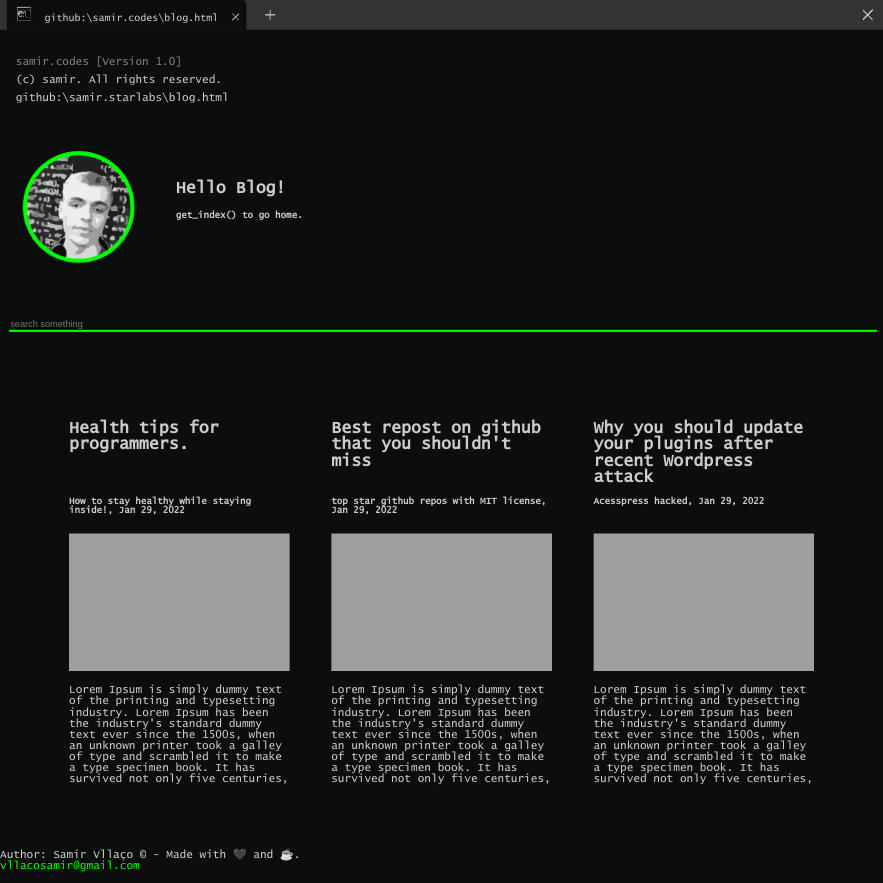
Repository: samiscold/samir.codes
Page: blog.html
The author's editor kept a copy of each file at every save. The page is drawn from the files as they stood at one save, then again after the next save.
The browser window is 1280 px wide. The pictures show the whole page, at 69% of full size.
Pictures or frames that could not be fetched are drawn as grey boxes.

Above is the page before, as saved 2022-04-11 14:31:49.
Console error: TypeError: Cannot read properties of null (reading 'getElementsByClassName')

### blog.html
<!DOCTYPE html>
<html lang="en">

<head>
    <meta charset="UTF-8">
    <meta http-equiv="X-UA-Compatible" content="IE=edge">
    <meta name="viewport" content="width=device-width, initial-scale = 1.0, maximum-scale=1.0, user-scalable=no">
    <link rel="stylesheet" href="resources/style.css">
    <link rel="icon" type="image/x-icon" href="resources/img/pfpdone.png">
    <link rel='stylesheet' href='https://cdnjs.cloudflare.com/ajax/libs/font-awesome/4.7.0/css/font-awesome.min.css'>
    <title>samir.blogs</title>
</head>

<body>

    <header>
        <nav>
            <ul class="abc">
                <li id="listid" class="first-tab">
                    <img class="cmd-icon" id="cmdicon" src="resources/img/cmd.png">
                    <a id="atext">github:\samir.codes\blog.html</a>
                    <img onclick="closeTab()" id="anulojex" class="anuloje-x" src="resources/img/anuloje.svg">
                </li>
            </ul>
            <img onclick="tabSwitch()" id="shto" class="shtoje-x" src="resources/img/anuloje.svg">
        </nav>
        <img onclick="closeFunction()" class="mshele-x" src="resources/img/anuloje.svg">
    </header>

    <main>

        <div class="overlay">
            <div class="commands">
                <p>"get_blog()" go to blog page</p>
                <p>"get_index()" go to homepage</p>
                <p>"get_skills()" go to skills</p>
                <p>"color a" to change the color</p>
                <p>"cls" : to clear</p>
            </div>
        </div>

        <section class="first-section">
            <div class="second-text">
                <p class="helloo">samir.codes [Version 1.0]</p>
                <p class="hello">(c) samir. All rights reserved. </p>
                <p class="hello">github:\samir.starlabs\blog.html</p>
                <div id="aboutme" class="about-me">
                    <div class="img-border">
                        <img class="pfp" src="resources/img/pfpdone.png" alt="">
                    </div>
                    <div class="text-me">
                        <h1> Hello Blog!</h1>
                        <h5>get_index() to go home.</h5>
                    </div>
                </div>
                <div class="skillss">
                    <p>HTML</p>
                    <div class="container">
                        <div class="skills html">100%</div>
                    </div>
                    <p>CSS</p>
                    <div class="container">
                        <div class="skills css">98%</div>
                    </div>
                    <p>JavaScript</p>
                    <div class="container">
                        <div class="skills js">65%</div>
                    </div>
                    <p>PHP</p>
                    <div class="container">
                        <div class="skills php">15%</div>
                    </div>
                </div>

                <div class="print-here">
                <p class="ggg" id="wronginput"></p>
                </div>


                <div class="inputs">
                    <input class="cmd-input" type="text" id="result" placeholder="search something">
                    <input id="click" class="search-input" onclick="myFunction()" value="">
                </div>
            </section>

                <!--blog content-->
                <div class="row">
                    <div class="card">
                        <a  id="first" href="single.html">
                            <h2 id="thepost1">Health tips for programmers.</h2>
                            <h5>How to stay healthy while staying inside!, Jan 29, 2022</h5>
                            <img style="width: 100%; height:200px" src="resources\img\ks-code.jpg" alt="">
                            <p>Lorem Ipsum is simply dummy text of the printing and typesetting industry. Lorem Ipsum
                                has been the industry's standard dummy text ever since the 1500s, when an unknown
                                printer took a galley of type and scrambled it to make a type specimen book. It has
                                survived not only five centuries,</p>
                    </div>
                    </a>
                    <div class="card">
                        <a id="second"href="single.html">
                            <h2 id="thepost2">Best repost on github that you shouldn't miss</h2>
                            <h5>top star github repos with MIT license, Jan 29, 2022</h5>
                            <img style="width: 100%; height:200px" src="resources\img\ks-code.jpg" alt="">
                            <p>Lorem Ipsum is simply dummy text of the printing and typesetting industry. Lorem Ipsum
                                has been the industry's standard dummy text ever since the 1500s, when an unknown
                                printer took a galley of type and scrambled it to make a type specimen book. It has
                                survived not only five centuries,</p>
                    </div>
                    </a>
                    <div class="card">
                        <a  id="third"  href="single.html">
                            <h2 id="thepost3">Why you should update your plugins after recent Wordpress attack</h2>
                            <h5>Acesspress hacked, Jan 29, 2022</h5>
                            <img style="width: 100%; height:200px" src="resources\img\ks-code.jpg" alt="">
                            <p>Lorem Ipsum is simply dummy text of the printing and typesetting industry. Lorem Ipsum
                                has been the industry's standard dummy text ever since the 1500s, when an unknown
                                printer took a galley of type and scrambled it to make a type specimen book. It has
                                survived not only five centuries,</p>
                    </div>
                    </a>
                </div>
            </div>

        </section>

    </main>

    <footer>
        <p>Author: Samir Vllaço © - Made with 🖤 and ☕. <br>
            <a href="mailto:hege@example.com">vllacosamir@gmail.com</a>
        </p>
        <div class="go-to-top"></div>
    </footer>



    <script src="https://cdn.jsdelivr.net/npm/particles.js@2.0.0/particles.js" integrity="sha256-icjghcPaibMf1jv4gQIGi5MeWNHem2SispcorCiCfSg=" crossorigin="anonymous"></script>
    <script src="resources/js/script.js"></script>

</body>

</html>

### resources/style.css
@font-face {
	font-family: 'lucida';
	src: local('Lucida Console'), local('LucidaConsole'), url('/resources/font/LucidaConsole.woff2') format('woff2'), url('/resources/font/LucidaConsole.svg') format('svg');
	font-weight: normal;
	font-style: normal;
	font-display: swap;
}

html {
	scroll-behavior: smooth;
}

body {
	background: #0C0D0D;
	color: #CCCCCB;
	font-family: 'lucida', sans-serif;
	margin: 0;
	padding: 0;

}

header {
	background-color: #333333;
	display: flex;
	justify-content: space-between;
	margin: 0;
	margin: 0;
	padding-right: 15px;
}

nav {
	bottom: 0;
	display: flex;
	align-self: end;
}

#particles-js {
	display: inline;
	height: 100vh;
	position: absolute;
	z-index: -99999;
  }

/* nav icons */

.shtoje-x {
	display: inline-block;
	width: 11px;
	transform: rotate(45deg);
	margin: 0 24px;
	cursor: pointer;
}

.anuloje-x {
	width: 11px;
	height: 11px;
	margin-left: 10px;
	cursor: pointer;
}

.mshele-x {
	width: 15px;
	cursor: pointer;
}

#listid {
	display: block;
}


/* #wronginput::inputi {
  color: red;
} */

#wronginput span {
	display: inline;
	opacity: 0.6;
}

#wronginput {
	color: #CCCCCB;
}

#secondtab {
	display: none;
}

ul {
	margin: 0;
	padding: 0;
	margin-right: 5px;
	height: auto;
	display: flex;
	flex-direction: row;
	align-self: center;
	margin-left: 10px;
	list-style-type: none;
}

li {
	background: #0C0D0D;
	border-top-right-radius: 6px;
	padding-right: 12px;
	padding-left: 0px;
	width: auto;
	padding: 10px;
	display: flex;
	align-items: center;
}

#element {
	width: 100%;
	height: 45px;
	margin: 0;
	padding: 0;
	display: none;
	transition-timing-function: ease;
	transition-timing-function: cubic-bezier(0.25, 0.1, 0.25, 1);
}

li:focus-within {
	border: thin solid red;
}

li:active {
	color: black;
	background: lime;
}

li:active .anuloje-x {
	filter: invert(0%) sepia(91%) saturate(7470%) hue-rotate(355deg) brightness(0%) contrast(95%);
}

.active {
	border: 1px solid lime;
}

ul li a {
	cursor: default;
	font-size: 0.9rem
}

.cmd-icon {
	width: 20px;
	height: 20px;
	padding-left: 5px;
	padding-right: 10px;
}

article {
	display: block;
}

.cmd-icon2 {
	float: left;
	width: 20px;
	padding-left: 5px;
	padding-right: 10px;
}


/*first section*/

.first-section {
	margin: 3% 1%;
	margin-bottom:0;

}

input {
	background: transparent;
	border: none;
	color: #CCCCCB;
	margin: 10px 0;
	clear: both;
}

.inputs {
	/* display: flex;
	justify-content: center;
	flex-direction: column;
	align-items: center; */
	clear: both;
}

.cmd-input {
	width: 100%;
	clear: both;
}

.search-input {
	text-align: center;
}

input:focus,
textarea:focus {
	outline: none;
}

.pfp {
	width: 200px;
	margin: 30px 0;
}

.second-section {}

.third-section {}

.fourth-section {}

.question {
	width: 50px;
	height: 50px;
	display: block;
	float: right;
	border-radius: 100%;
	text-align: center;
	line-height: 50px;
	bottom: 22px;
	right: 32px;
	color: #CCCCCB;
	border: 2px solid #CCCCCB;
}

.hello,
.helloo {
	color: #CCCCCB;
	font-family: 'lucida', sans-serif;
	font-size: 1rem;
	margin: 10px 0 0 10px;
	white-space: nowrap;
	overflow: hidden;
	width: 50em;
	animation: type 1s steps(60, end);
}

p {
	width: 100%;
}

.hello:nth-child(2) {
	animation: type2 2s steps(60, end);
}

.hello:nth-child(3) {
	animation: type2 3s steps(60, end);
}

.hello:nth-child(4) {
	animation: type2 4s steps(60, end);
}

p a {
	color: lime;
	text-decoration: none;
}

.helloo {
	color:#808080;
}

.about-me {
	display: flex;
	align-items: center;
	margin: 50px 0;
	animation: up 500ms;
}

.text-me {
	margin: 40px;
	opacity: 0;
	animation: left 500ms 1s;
	animation-fill-mode: forwards;
	width: 65%;
}

.about-me a {
	color: lime;
	padding: 0 10px;
}

.about-me i {
	text-decoration: none;
	color: lime;
	padding: 0 10px;
}

span {
	display: block;
	margin: 20px 0;
}

.pfp {
	width: 150px;
	height: 150px;
	filter: grayscale(1);
	border-radius: 100px;
	display: inline;
	margin: 0;
	padding: 0;
	z-index: 9999;
}

.contact {
	align-items: center;
}

h1 {
	margin: 0;
}

.img-border {
	width: 160px;
	height: 160px;
	background: lime;
	border-radius: 100%;
	display: flex;
	justify-content: center;
	align-items: center;
	z-index: 9999;
	margin:20px;
	padding:1px;
}

.card h2 {
	height: 90px;
}

.img-border:hover {
	background-image: linear-gradient(to bottom right, lime, #CCCCCB);
	background-size: 200% auto;
	animation: shine 1s linear forwards;
}

.container {
	width: 100%;
}

.skills {
	text-align: right;
	/* Right-align text */
	padding-top: 10px;
	/* Add top padding */
	padding-bottom: 10px;
	/* Add bottom padding */
	color: white;
	/* White text color */
	clear: both;
}

.html {
	width: 100%;
	background-color: #04AA6D;
}


/* Green */

.css {
	width: 98%;
	background-color: #2196F3;
}


/* Blue */

.js {
	width: 65%;
	background-color: #f44336;
}


/* Red */

.php {
	width: 15%;
	background-color: #808080;
}


/* Dark Grey */

.img-border:hover::after {
	content: 'sup?';
	font-size: 20px;
	background: black;
	position: absolute;
	z-index: 99999999999;
}

.cmd-input {
	border-bottom: 3px solid lime;
}

.skillss {
	display: none;
}

@keyframes shine {
	to {
		background-position: 300% center;
	}
}

@keyframes type {
	from {
		width: 0;
	}
}

@keyframes type2 {
	0% {
		width: 0;
	}
	50% {
		width: 0;
	}
	100% {
		width: 100;
	}
}

@keyframes blink {
	0% {
		opacity: 0;
	}
	50% {
		opacity: 0;
	}
	100% {
		width: 100;
	}
}


/*second animation */

@keyframes type {
	from {
		width: 0;
	}
}

@keyframes up {
	from {
		opacity: 0;
		transform: translateY(-200px);
	}
}

@keyframes left {
	from {
		opacity: 0;
		transform: translateX(-200px);
	}
	to {
		opacity: 1;
	}
}

body.loaded {
	opacity: 1;
	transition: 1s opacity;
}


/* Default banner */

.banner {
	position: relative;
	width: 100%;
	height: 40rem;
	padding: 0 5%;
	overflow: hidden;
	backface-visibility: hidden;
}


/* Default image container */

.banner .background {
	width: 100%;
	height: 100%;
	position: absolute;
	left: 0;
	top: 0;
	z-index: -1;
	transform: translate3d(0, 0, 0) scale(1.25);
	background: black url(https://images.unsplash.com/photo-1531971085967-431db1ec65a2?ixlib=rb-0.3.5&ixid=eyJhcHBfaWQiOjEyMDd9&s=212d5ac2d6b763d2f2168d4f0a85b36c&auto=format&fit=crop&w=2250&q=80) no-repeat center center;
	background-size: cover;
}


/* Loaded image container */

.loaded .banner .background {
	transform: scale(1);
	transition: 6.5s transform;
}


/* Other stuff */

.banner h1 {
	color: #EEE;
	margin: 0;
	line-height: 40rem;
	text-transform: uppercase;
	text-shadow: 0 0 .3rem black;
}

.row {
	display: flex;
	flex-direction: row;
	justify-content: center;
	align-items: center;
}

.commands {
	background-color: black;
	border: 2px solid lime;
	padding: 20px;
	height: 200px;
	position: relative;
	top: calc(50% - 200px);
}

.overlay {
	position: fixed;
	width: 100%;
	height: 100vh;
	background: #000000d4;
	top: 0%;
	z-index: 9999999999999999999999999999;
	display: flex;
	justify-content: center;
	align-items: center;
	display: none;
}

.row a {
	color: #CCCCCB;
	text-decoration: none;
}

.card {
	width: 25%;
	margin: 60px 30px;
}

.card h5 {
	height: 30px;
	;
}

.footer-info{
	display: flex;
	justify-content: center;
	align-items: center;
	text-align: center;
	margin: 0% 1%;
	flex-direction: column;
	height: 100vh;
}

.go-to-top {
	width: 20px;
	height: auto;
}

@media only screen and (max-width: 768px) {
	html {
		overflow-x: hidden;
	}
	header {
		overflow: hidden;
	}
	nav {
		align-self: unset;
	}
	/* .mshele-x {
    display:none;
} */
	ul {
		display: flex;
		align-self: end;
	}
	li {
		width: 80%;
		line-height: normal;
	}
	.hello:nth-child(4) {
		display: none;
	}
	.cmd-icon {
		display: none;
	}
	.shtoje-x {
		display: none;
	}
	.about-me {
		flex-direction: column;
		align-items: initial;
		width: auto;
	}
	.pfp {
		width: 85px;
		height: 85px;
	}
	.img-border {
		width: 90px;
		height: 90px;
		margin: 40px;
	}
	.card {
		width: 80%;
	}
	.row {
		display: inline-flex;
		flex-direction: column;
	}
	.question {
		display: none;
	}

	footer {
		height: 50vh;
	}

	footer p {
		font-size: 0.9rem;
	}
	/* .hello,
.helloo {
  color: #CCCCCB;
  font-family: 'Lucida Sans';
  font-size: 1rem;
  margin: 10px 0 0 10px;
  white-space: nowrap;
  overflow: hidden;
  width: 50em;
  animation: type 1s steps(60, end);

} */
}

### resources/js/script.js

particlesJS('particles-js',

{
	"particles": {
	  "number": {
		"value": 40,
		"density": {
		  "enable": true,
		  "value_area": 1736.2070190114673
		}
	  },
	  "color": {
		"value": "#00ff5a"
	  },
	  "shape": {
		"type": "edge",
		"stroke": {
		  "width": 0,
		  "color": "#000000"
		},
		"polygon": {
		  "nb_sides": 5
		},
		"image": {
		  "src": "img/github.svg",
		  "width": 100,
		  "height": 100
		}
	  },
	  "opacity": {
		"value": 1,
		"random": true,
		"anim": {
		  "enable": true,
		  "speed": 1,
		  "opacity_min": 0,
		  "sync": false
		}
	  },
	  "size": {
		"value": 3,
		"random": true,
		"anim": {
		  "enable": false,
		  "speed": 4,
		  "size_min": 0.3,
		  "sync": false
		}
	  },
	  "line_linked": {
		"enable": false,
		"distance": 150,
		"color": "#ffffff",
		"opacity": 0.4,
		"width": 1
	  },
	  "move": {
		"enable": true,
		"speed": 1,
		"direction": "none",
		"random": true,
		"straight": false,
		"out_mode": "out",
		"bounce": false,
		"attract": {
		  "enable": false,
		  "rotateX": 600,
		  "rotateY": 600
		}
	  }
	},
	"interactivity": {
	  "detect_on": "canvas",
	  "events": {
		"onhover": {
		  "enable": true,
		  "mode": "bubble"
		},
		"onclick": {
		  "enable": true,
		  "mode": "remove"
		},
		"resize": true
	  },
	  "modes": {
		"grab": {
		  "distance": 400,
		  "line_linked": {
			"opacity": 1
		  }
		},
		"bubble": {
		  "distance": 250,
		  "size": 0,
		  "duration": 2,
		  "opacity": 0,
		  "speed": 3
		},
		"repulse": {
		  "distance": 400,
		  "duration": 0.4
		},
		"push": {
		  "particles_nb": 4
		},
		"remove": {
		  "particles_nb": 2
		}
	  }
	},
	"retina_detect": true
  }

);

  // smooth



  // track the submit button with enter
document.getElementById("result").addEventListener("keyup", function (event) {
	event.preventDefault();
	if (event.keyCode === 13) {
		document.getElementById("click").click();
	}
});

function random(min, max) {
	return Math.floor(Math.random() * (max - min) + min);
}


function closeFunction() {
	var r = confirm("👨‍💻bye");
	if (r == true) {
		x = window.close();
	}
}

var counter = 0;

function tabSwitch() {

	//append the cmd icon and x icon
	var img = document.createElement("img");
	img.src = "resources/img/anuloje.svg";

	var img2 = document.createElement("img");
	img2.src = "resources/img/cmd.png";

	img.className = 'anuloje-x';

	img.id = "anulojex";
	img.onclick = closeNewTab;

	img2.className = 'cmd-icon2';


	// append the li nav
	var ulLocation = document.getElementsByClassName('abc')[0];
	var whereTab = document.getElementById('listid');

	var addTab = document.createElement('li');
	addTab.className = 'active';


	addTab.innerHTML = "github:\samir.codes\\blank";
	addTab.appendChild(img2);
	ulLocation.appendChild(addTab);
	addTab.appendChild(img);
	addTab.id = "listid";
}




function closeTab(event) {
	event.target.closest('li.tab').remove();
}

function closeTab() {
	var whereTab = document.getElementById('listid');
	var getHeader = document.querySelector('header');
	if (whereTab.style.display == 'block') {
		whereTab.style.display = 'none';
	} else {
		whereTab.style.display = "none";
		getHeader.style.display = "none";
		closeFunction();

	}

}

function closeNewTab() {
	var aktiv = document.getElementsByClassName('active')[0];
	event.target.closest('li').remove();
}

function test() {
	var abc = document.getElementById("wronginput");


	var fixappend = document.getElementsByClassName('print-here')[0];
	var paragraph = document.createElement('p');
	paragraph.id = "wronginput";
	paragraph.className = "ggg"
	fixappend.appendChild(paragraph);

}


function myFunction() {
	let inputi = document.getElementById('result').value;
	console.log(inputi);


	// var c = document.getElementById("wronginput");
	const pjat = document.querySelectorAll('.ggg');


	if (inputi === "color a") {
		for (let i = 0; i < pjat.length; i++) {
			pjat[i].style.color = 'lime';
		}

		return;
	}

	if (inputi === "get_blog()") {
		window.open("blog.html", "_self");
		return;
	}

	if (inputi === "get_index()") {
		window.open("index.html", "_self");
		return;
	}

	if (inputi === "get_skills()") {
		var testtest = document.getElementsByClassName("skillss")[0];
		testtest.style.display = "block";
		return;
	}

	var abc = document.getElementById("wronginput");
	var testtest = document.getElementsByClassName("skillss")[0];
	var fixappend = document.getElementsByClassName('print-here')[0];

	if (inputi === "cls") {
		abc.parentNode.removeChild(abc);

		testtest.style.display = "none";
		for (let i = 0; i < pjat.length; i++) {
			pjat[i].style.color = 'white';
		}

	} else {

		test();
		var komandat = [' \"cls\" to clear', '\"color a\" to change the color', '\"get_blog()\" to go to blog page', "\"get_index()\" to go to home page"];
		abc.innerHTML += "<span> '" + inputi + "' </span> is not recognized as an internal <br> or external command, please try: <br> <span>" + komandat[random(0, komandat.length)] + "</span> <br><br>";
	}

}

function displayCommands() {
	var getdisplay = document.getElementsByClassName('overlay')[0];
	getdisplay.style.display = "block";

	window.onclick = function (event) {
		if (event.target == getdisplay) {
			getdisplay.style.display = "none";
		}
	}
}

function goTop() {
	window.scrollTo(0,0);
}

After the next save:
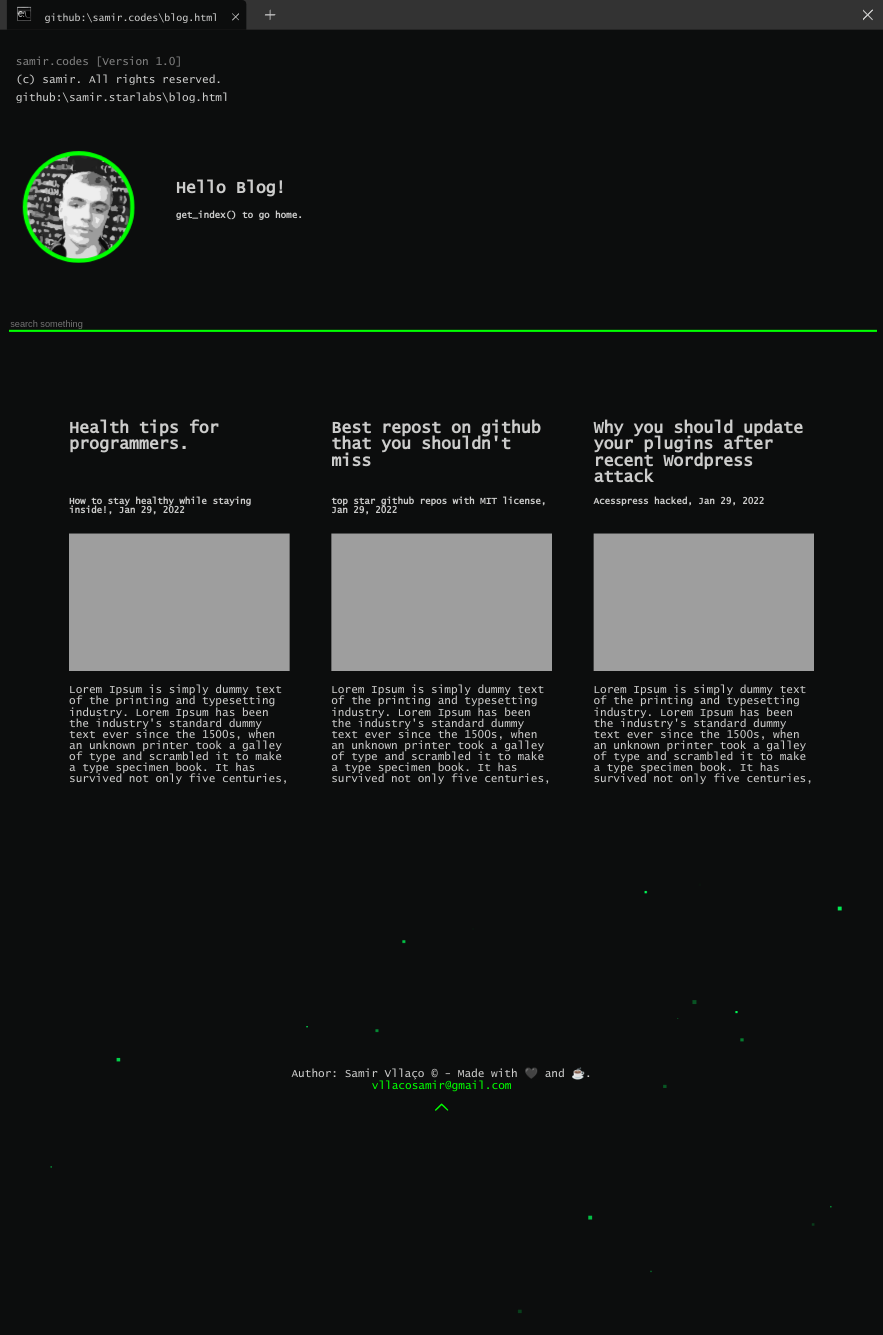
The error is gone.
Saved 58 s later.
--- a/blog.html
+++ b/blog.html
@@ -126,10 +126,20 @@
     </main>
 
     <footer>
-        <p>Author: Samir Vllaço © - Made with 🖤 and ☕. <br>
-            <a href="mailto:hege@example.com">vllacosamir@gmail.com</a>
-        </p>
-        <div class="go-to-top"></div>
+
+        <div id="particles-js"></div>
+
+        <div class="footer-info">
+            <p>Author: Samir Vllaço © - Made with 🖤 and ☕. <br>
+                <a href="mailto:hege@example.com">vllacosamir@gmail.com</a>
+            </p>
+
+            <a class="top" href="#main" onclick="goTop()">
+                <div class="go-to-top"><img src="resources/img/gototop.svg"></div>
+            </a>
+        </div>
+
+
     </footer>
 
 
